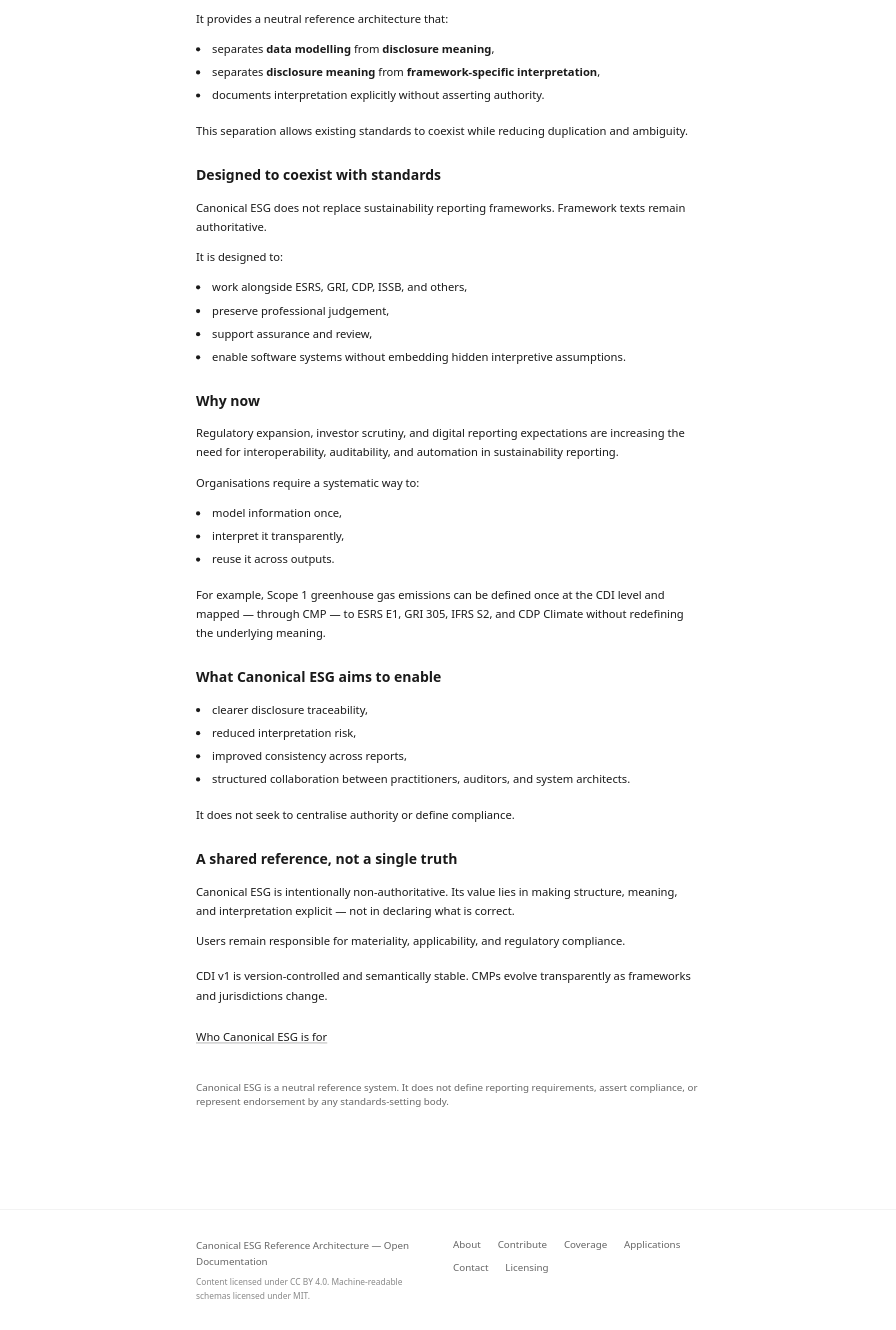
Repository: udaysxd/canonicalesg
Page: /
The author's editor kept a copy of each file at every save. The page is drawn from the files as they stood at one save, then again after the next save.
The browser window is 1280 px wide. The pictures show the part of the page from y = 1829 to 3749 px (the page is 3729 px tall before and 3749 px after), at 70% of full size.
The project was rebuilt for these pictures with package versions that can differ from the ones it lists, and the page was loaded fresh each time. The framework's server and built-in components were replaced by stand-ins that run in the browser. Also part of the build but not shown: next.config.ts.

Above is the page before, as saved 2026-02-09 13:36:54.

After the next save:
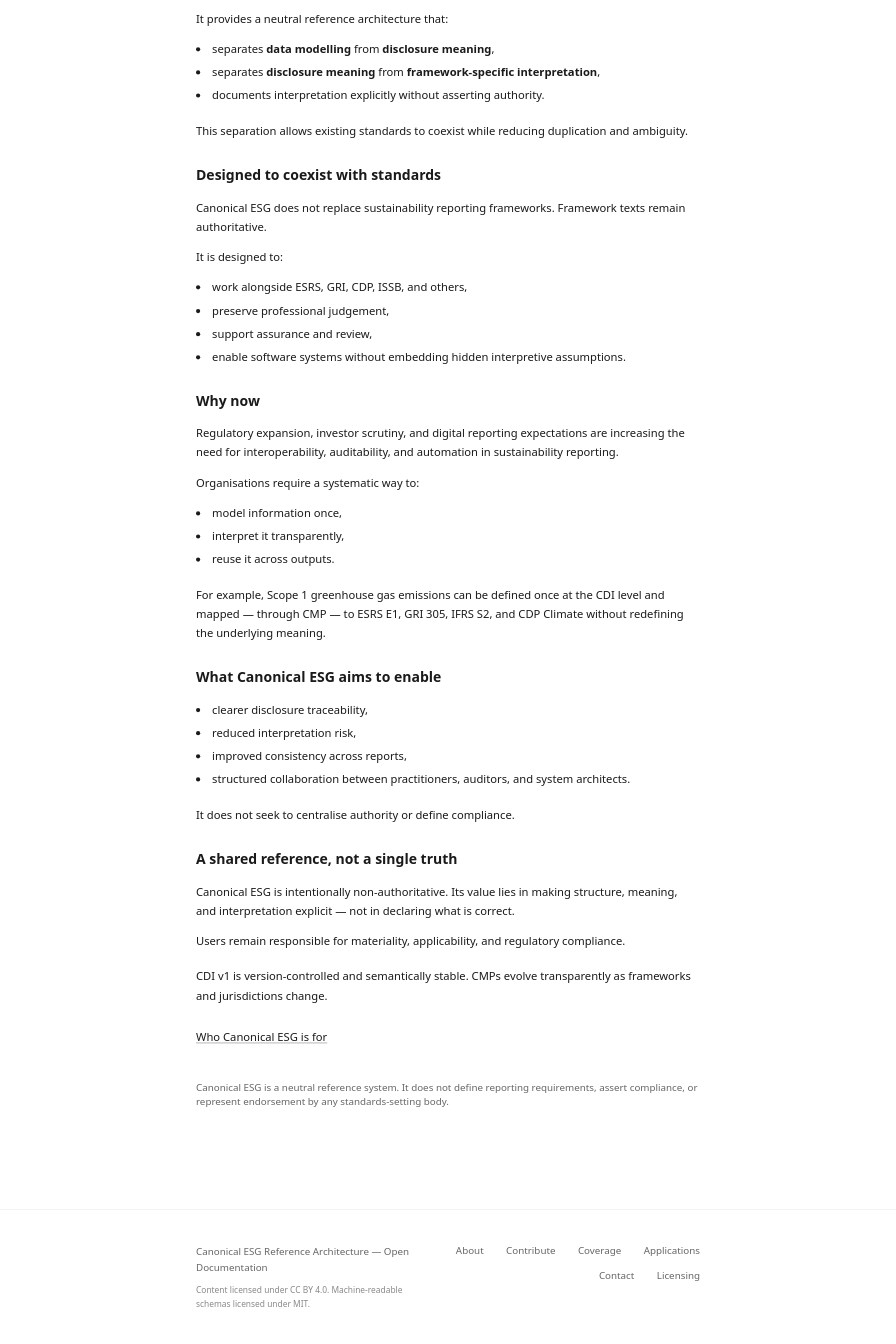
Saved 62 s later.
--- a/src/app/layout.tsx
+++ b/src/app/layout.tsx
@@ -90,13 +90,13 @@
         </header>
         {children}
         <footer className="border-t border-[#eee] mt-20">
-          <div className="max-w-3xl mx-auto px-6 py-10">
-            <div className="flex flex-col lg:flex-row justify-between items-start gap-8">
-              <div className="max-w-md">
+          <div className="max-w-3xl mx-auto px-6 py-12">
+            <div className="flex flex-col lg:flex-row justify-between items-start gap-10">
+              <div className="max-w-sm">
                 <p className="text-sm text-[#666] leading-relaxed">Canonical ESG Reference Architecture — Open Documentation</p>
-                <p className="text-xs text-[#888] mt-2 leading-relaxed">Content licensed under CC BY 4.0. Machine-readable schemas licensed under MIT.</p>
+                <p className="text-xs text-[#888] mt-3 leading-relaxed">Content licensed under CC BY 4.0. Machine-readable schemas licensed under MIT.</p>
               </div>
-              <ul className="flex flex-wrap gap-x-6 gap-y-3 text-sm">
+              <ul className="flex flex-wrap gap-x-8 gap-y-4 text-sm lg:justify-end">
                 <li><a href="/about" className="text-[#666] hover:text-[#1a1a1a] hover:underline">About</a></li>
                 <li><a href="/contribute" className="text-[#666] hover:text-[#1a1a1a] hover:underline">Contribute</a></li>
                 <li><a href="/framework-coverage" className="text-[#666] hover:text-[#1a1a1a] hover:underline">Coverage</a></li>
